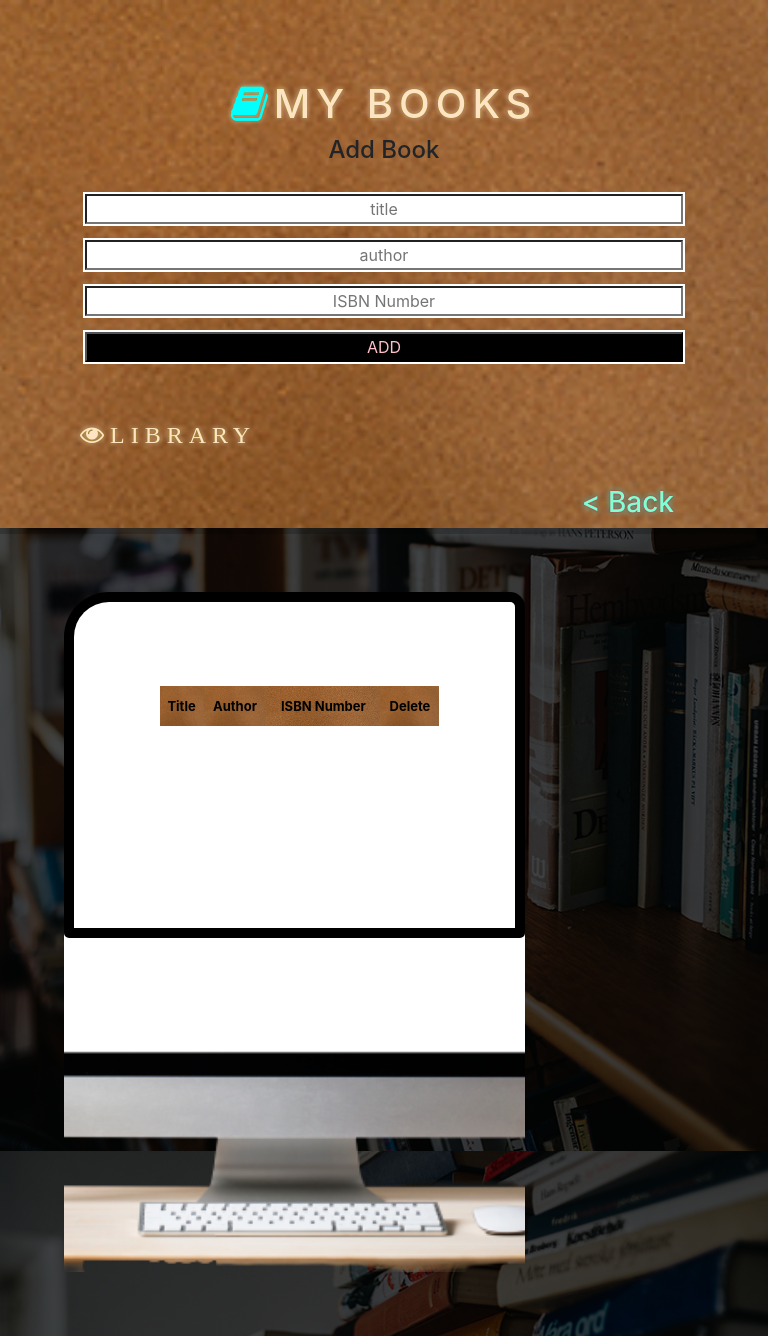
Repository: CSituma/Home-Library-App
Page: libu.html
An editor plug-in stored every save of this project. The page is shown before and after the next save, followed by the edit.
The browser window is 768 px wide. The pictures show the whole page.
Backgrounds fixed to the window are drawn as part of the page. Some web libraries are served in a nearby version.

Above is the page before, as saved 2020-11-10 22:08:49.

After the next save:
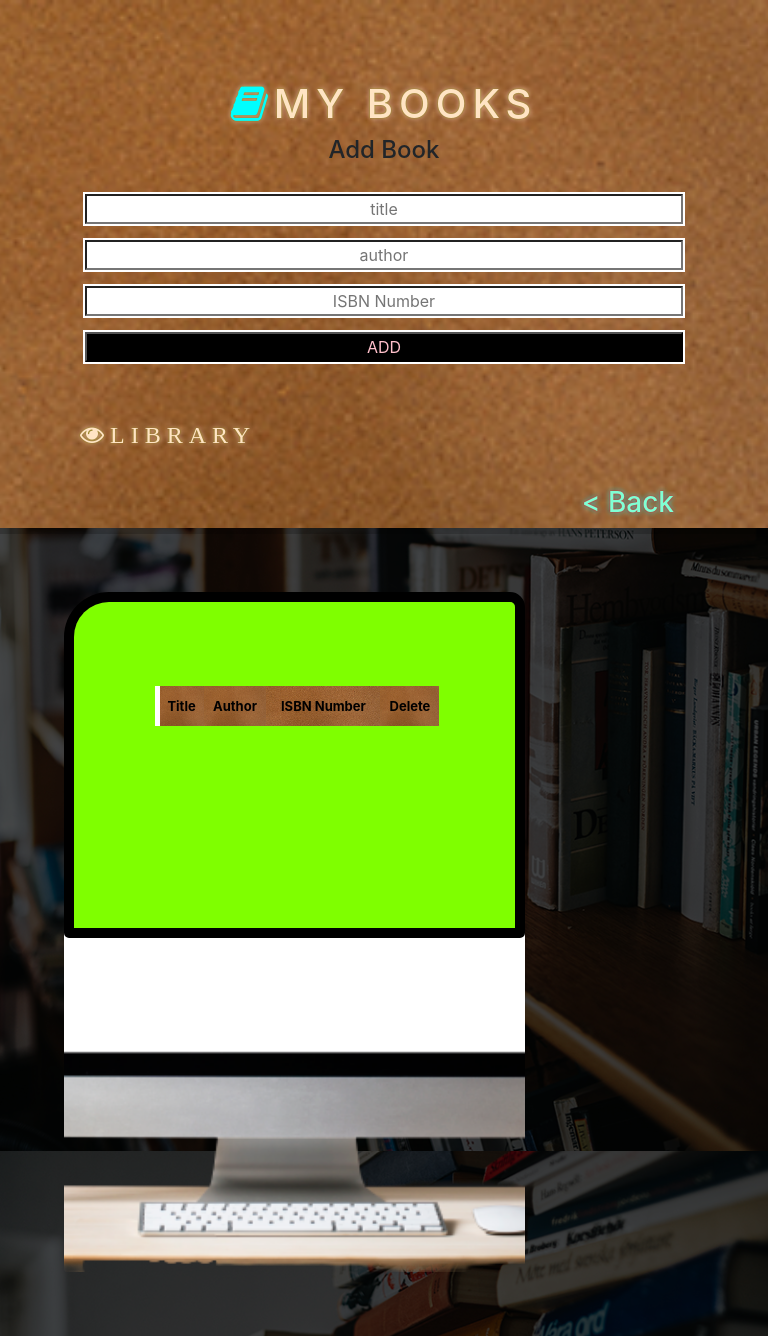
Saved 28 s later.
--- a/style.css
+++ b/style.css
@@ -237,6 +237,7 @@ text-shadow: 0 0 3px olive, 0 0 5px pink;
    border-top-right-radius:15px;
    padding:6em;
    padding-bottom: 15em;
+   background-color: chartreuse;
 
 }
 .columns{
@@ -247,7 +248,7 @@ th{
   padding: 0.2rem;
 
 }
-#table{
+#st{
   background-color: cadetblue;
 }
 .js{
